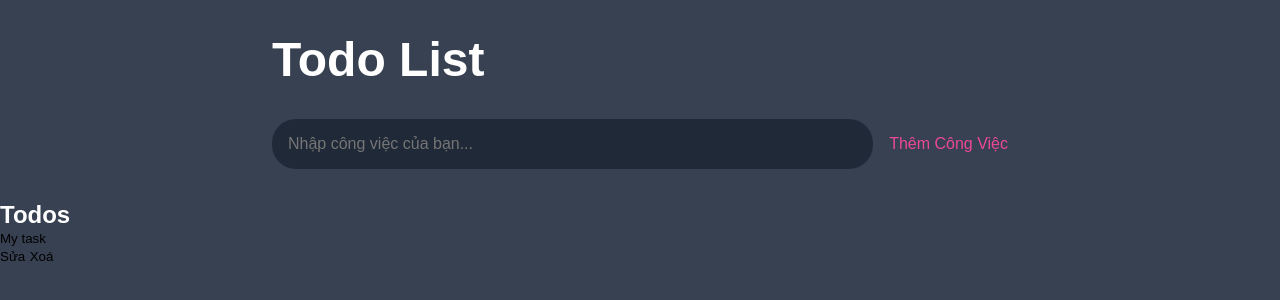
Repository: ntheanh/Todo-List
Page: index.html
An editor plug-in stored every save of this project. The page is shown before and after the next save, followed by the edit.
The browser window is 1280 px wide. The pictures show the whole page.
The style sheet was rebuilt from its Sass, Less or Tailwind sources for each picture, by a compiler version that may differ from the author's.

Above is the page before, as saved 2023-03-15 22:43:49.

After the next save:
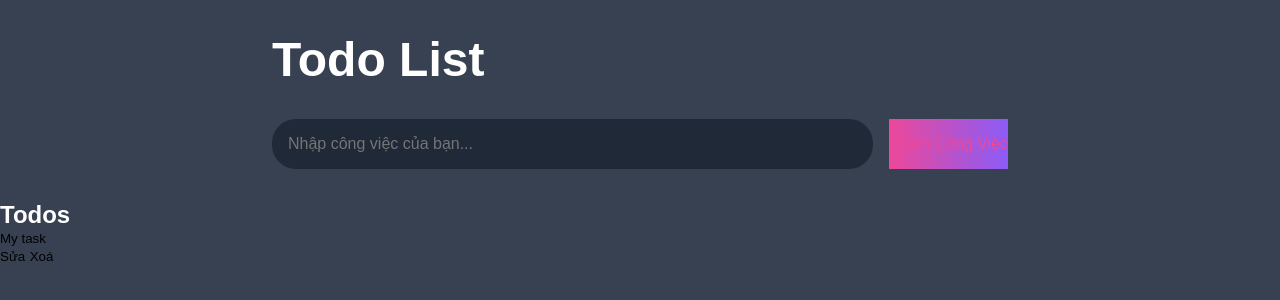
Saved 11 s later.
--- a/style.scss
+++ b/style.scss
@@ -58,5 +58,5 @@ button {
 #new-todo-submit {
   color: var(--pink);
   font-size: 1rem;
-  background: linear-gradient(to right, var(--pink), var(--pur));
+  background: linear-gradient(to right, var(--pink), var(--purple));
 }
